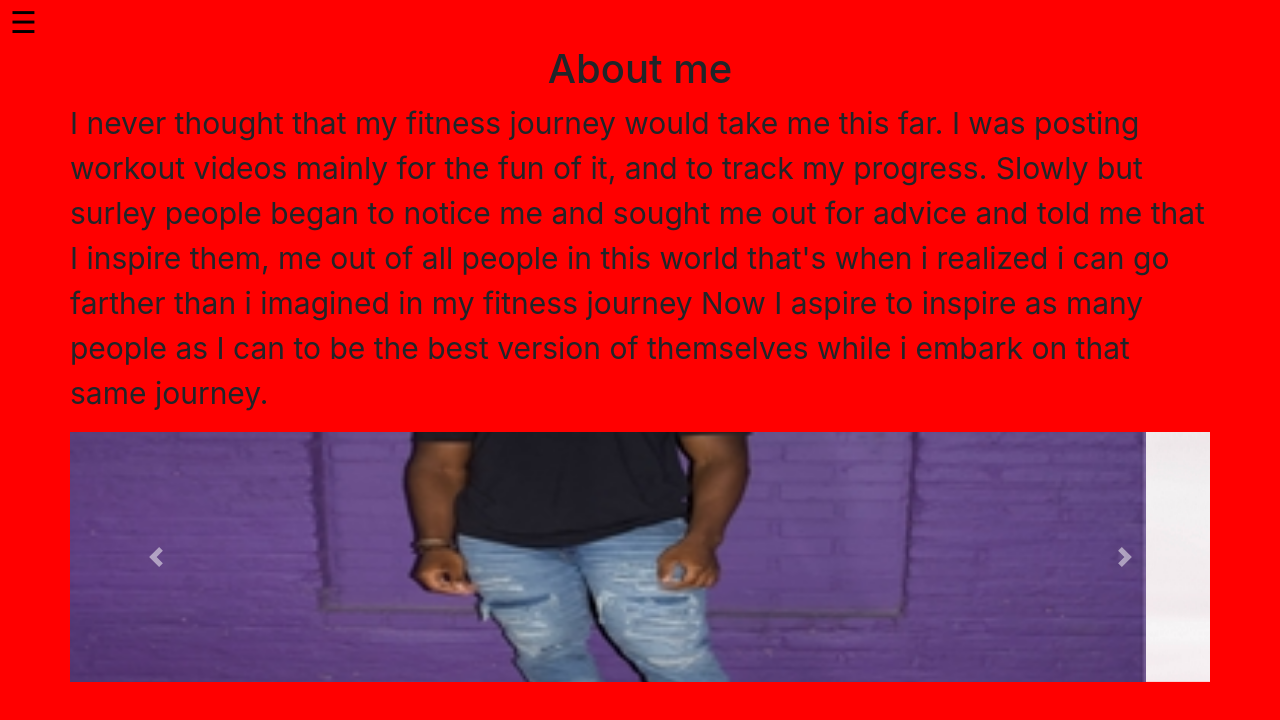
Repository: mamadont/MamadouFitnessWebsite
Page: pages-html/about-me.html
The author's editor kept a copy of each file at every save. The page is drawn from the files as they stood at one save, then again after the next save.
The browser window is 1280 px wide. The pictures show the whole page.
Some web libraries are served in a nearby version.

Above is the page before, as saved 2020-07-09 01:02:29.

### pages-html/about-me.html
<!DOCTYPE html>
<html>

<head>
    <title>Mamadou Fitness</title>
    <link rel="stylesheet" href='../pages-css/about-me.css'>
    <meta name="viewport" content="width=device-width, initial-scale=1.0">

    <!-- Bootstrap -->
    <link rel="stylesheet" href="https://stackpath.bootstrapcdn.com/bootstrap/4.5.0/css/bootstrap.min.css" integrity="sha384-9aIt2nRpC12Uk9gS9baDl411NQApFmC26EwAOH8WgZl5MYYxFfc+NcPb1dKGj7Sk" crossorigin="anonymous">
    <!-- Animate.CSS-->
    <link rel="stylesheet" href="https://cdnjs.cloudflare.com/ajax/libs/animate.css/4.0.0/animate.min.css" />
    <!-- Font Awesome -->
    <script src="https://kit.fontawesome.com/0a51dc7bb6.js" crossorigin="anonymous"></script>
</head>

<body>
    <!-- Parent container-->
    <div id="main" class="bg">
        <!-- Hamburger Icon-->
        <span class="menu-icon" onclick="openNav()">&#9776; </span>

        <!-- About me content-->
        <div class="container">
            <!-- Header -->
            <div class="row justify-content-center animate__animated animate__slideInDown">
                <h1 id="header"> About me</h1>
            </div>

            <!-- About me description -->
            <div id="about-me-desc" class="row justify-content-center animate__animated animate__slideInLeft">
                <div>
                    <p>I never thought that my fitness journey would take me this far. I was posting workout videos mainly for the fun of it, and to track my progress. Slowly but surley people began to notice me and sought me out for advice and told me that
                        I inspire them, me out of all people in this world that's when i realized i can go farther than i imagined in my fitness journey Now I aspire to inspire as many people as I can to be the best version of themselves while i embark
                        on that same journey.</p>
                </div>
            </div>

            <!-- Images -->
            <div id="carousel" class="row carousel slide animate__animated animate__slideInRight" data-ride="carousel">
                <div class="carousel-inner">
                    <div class="carousel-item active">
                        <img class="d-block w-100" src="../assets/pic1.JPG" />
                    </div>
                    <div class="carousel-item">
                        <img class="d-block w-100" src="../assets/pic2.JPG" />
                    </div>
                    <div class="carousel-item">
                        <img class="d-block w-100" src="../assets/pic3.JPG" />
                    </div>
                    <div class="carousel-item">
                        <img class="d-block w-100" src="../assets/pic4.JPG" />
                    </div>
                </div>
                <a class="carousel-control-prev" href="#carousel" role="button" data-slide="prev">
                    <span class="carousel-control-prev-icon" aria-hidden="true"></span>
                    <span class="sr-only">Previous</span>
                </a>
                <a class="carousel-control-next" href="#carousel" role="button" data-slide="next">
                    <span class="carousel-control-next-icon" aria-hidden="true"></span>
                    <span class="sr-only">Next</span>
                </a>
            </div>

        </div>
    </div>

    <!-- Side menu-->
    <div id="myNav" class="overlay">
        <a href="javascript:void(0)" class="closebtn" onclick="closeNav()">&times;</a>
        <div class="overlay-content">
            <!-- Menu Options -->
            <a href="../index.html">Home</a>
            <a href="./pages-html/about-me.html">About me</a>
            <a href="./social-media.html">Social Media</a>
            <a href="#">Workout Programs</a>
            <a href="#">Shop</a>
            <a href="./contact-me.html">Apply for Coaching</a>
        </div>
    </div>

    <!-- Javascript for this page-->
    <script src="../scripts/script.js"></script>
    <!-- Necessary script tags for Bootstrap-->
    <script src="https://code.jquery.com/jquery-3.5.1.slim.min.js" integrity="sha384-DfXdz2htPH0lsSSs5nCTpuj/zy4C+OGpamoFVy38MVBnE+IbbVYUew+OrCXaRkfj" crossorigin="anonymous"></script>
    <script src="https://cdn.jsdelivr.net/npm/popper.js@1.16.0/dist/umd/popper.min.js" integrity="sha384-Q6E9RHvbIyZFJoft+2mJbHaEWldlvI9IOYy5n3zV9zzTtmI3UksdQRVvoxMfooAo" crossorigin="anonymous"></script>
    <script src="https://stackpath.bootstrapcdn.com/bootstrap/4.5.0/js/bootstrap.min.js" integrity="sha384-OgVRvuATP1z7JjHLkuOU7Xw704+h835Lr+6QL9UvYjZE3Ipu6Tp75j7Bh/kR0JKI" crossorigin="anonymous"></script>
</body>

</html>

### pages-css/about-me.css
/* Background Image */

body,
html {
    height: 100%;
    overflow-x: hidden;
    overflow-y: hidden;
    background-color: red;
}

.bg {
    /* The image used */
    background-color: #FF0000;
    /* Full height */
    height: 100%;
    /* Center and scale the image nicely */
    background-position: center;
    background-repeat: no-repeat;
    background-size: cover;
    z-index: -1;
}


/* Hamburger (Menu) icon */

.menu-icon {
    font-size: 30px;
    cursor: pointer;
    padding-left: 10px;
    color: black;
    height: 300px;
    width: 300px;
}


/* About me header */

#about-me-header {
    text-align: center;
}


/* Menu overlay */

.overlay {
    height: 100%;
    width: 0;
    position: fixed;
    z-index: 1;
    top: 0;
    left: 0;
    background-color: black;
    overflow-x: hidden;
    transition: 0.5s;
}

.overlay-content {
    position: relative;
    top: 25%;
    width: 100%;
    text-align: center;
    margin-top: 30px;
}

.overlay a {
    padding: 8px;
    text-decoration: none;
    font-size: 36px;
    color: #818181;
    display: block;
    transition: 0.3s;
}

.overlay a:hover,
.overlay a:focus {
    color: red;
    text-decoration: none;
}

.overlay .closebtn {
    position: absolute;
    top: 20px;
    right: 45px;
    font-size: 60px;
}

@media screen and (max-height: 450px) {
    .overlay a {
        font-size: 20px
    }
    .overlay .closebtn {
        font-size: 40px;
        top: 15px;
        right: 35px;
    }
}


/* About me content */

p {
    font-size: 30px;
}

img {
    width: 200px;
    height: 250px;
    object-fit: cover;
}

#header {
    text-align: center;
}

#carousel {}


/* For smaller screens */

@media(max-width: 767px) {
    p {
        font-size: larger;
    }
    #about-me-desc {
        padding: 20px;
    }
    #carousel {
        padding: 10px;
    }
}

### scripts/script.js
function openNav() {
    // Changes width based on the width of the viewport (30% for larger screens, 100% for smaller screens)
    if (window.innerWidth < 1280) {
        document.getElementById("myNav").style.width = "100%";
    } else {
        document.getElementById("myNav").style.width = "30%";
    }

    document.getElementById("main").style.opacity = 0.5;



}

function closeNav() {
    document.getElementById("myNav").style.width = "0%";
    document.getElementById("main").style.opacity = 1.0
}

After the next save:
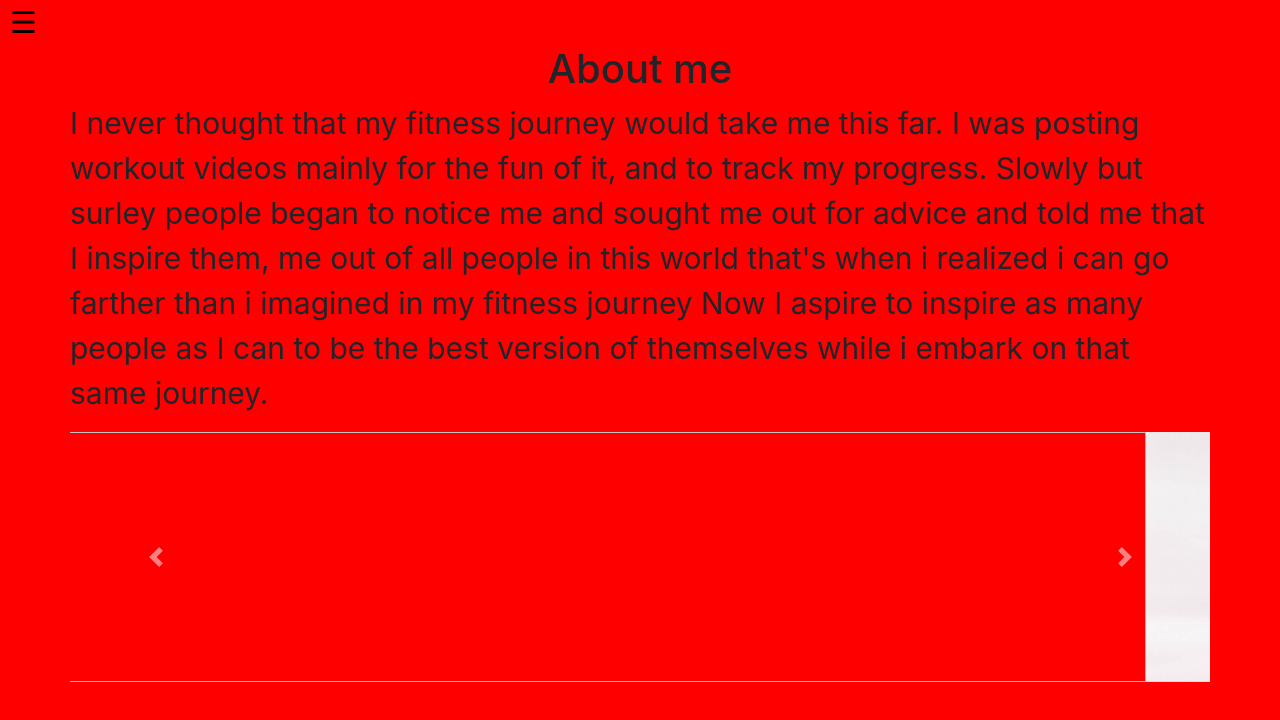
Not found: assets/picx.JPG
Saved 5 min 29 s later.
--- a/pages-html/about-me.html
+++ b/pages-html/about-me.html
@@ -40,7 +40,7 @@
             <div id="carousel" class="row carousel slide animate__animated animate__slideInRight" data-ride="carousel">
                 <div class="carousel-inner">
                     <div class="carousel-item active">
-                        <img class="d-block w-100" src="../assets/pic1.JPG" />
+                        <img class="d-block w-100" src="../assets/picx.JPG" />
                     </div>
                     <div class="carousel-item">
                         <img class="d-block w-100" src="../assets/pic2.JPG" />

After the 2 saves that followed:
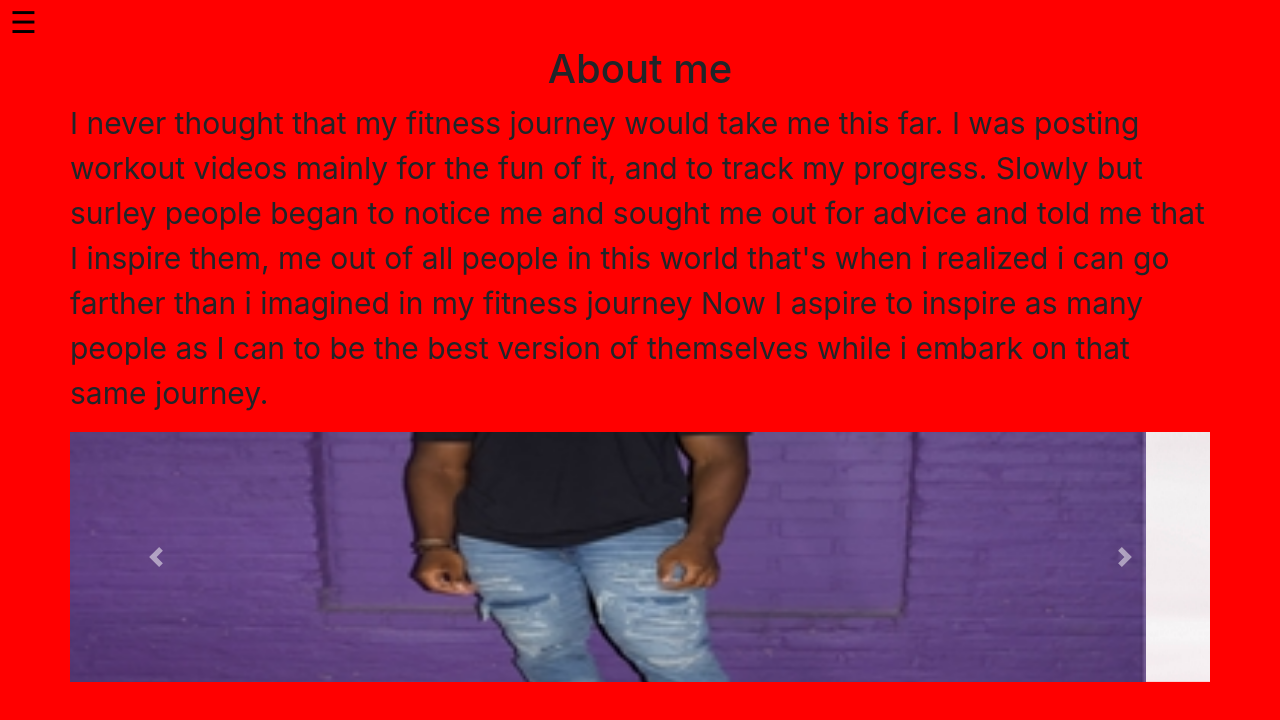
The 2 saves are shown as one change because 1 left the picture as it was.
The last was saved 3 min 24 s later.
--- a/pages-html/about-me.html
+++ b/pages-html/about-me.html
@@ -40,7 +40,7 @@
             <div id="carousel" class="row carousel slide animate__animated animate__slideInRight" data-ride="carousel">
                 <div class="carousel-inner">
                     <div class="carousel-item active">
-                        <img class="d-block w-100" src="../assets/picx.JPG" />
+                        <img class="d-block w-100" src="../assets/pic1.jpg" />
                     </div>
                     <div class="carousel-item">
                         <img class="d-block w-100" src="../assets/pic2.JPG" />
